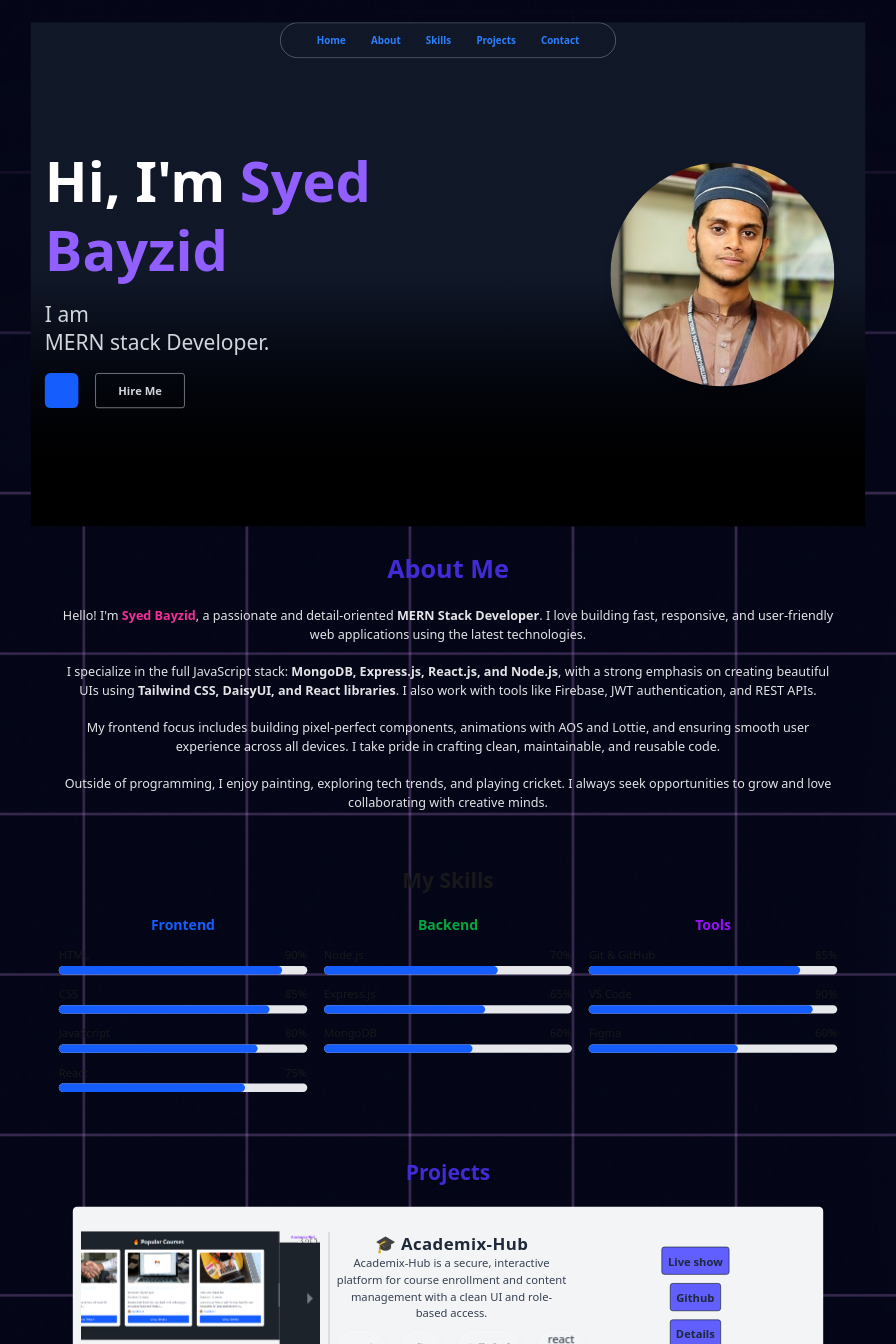
Repository: syedbayzid82849/syed-bayzid
Page: /
The author's editor kept a copy of each file at every save. The page is drawn from the files as they stood at one save, then again after a run of saves.
The browser window is 1280 px wide. The pictures show the part of the page from y = 0 to 1920 px (the page is 2972 px tall), at 70% of full size.
The project was rebuilt for these pictures with package versions that can differ from the ones it lists, and the page was loaded fresh each time. Also part of the build but not shown: vite.config.js, src/App.jsx.

Above is the page before, as saved 2025-08-11 16:53:53.

After the next 2 saves:
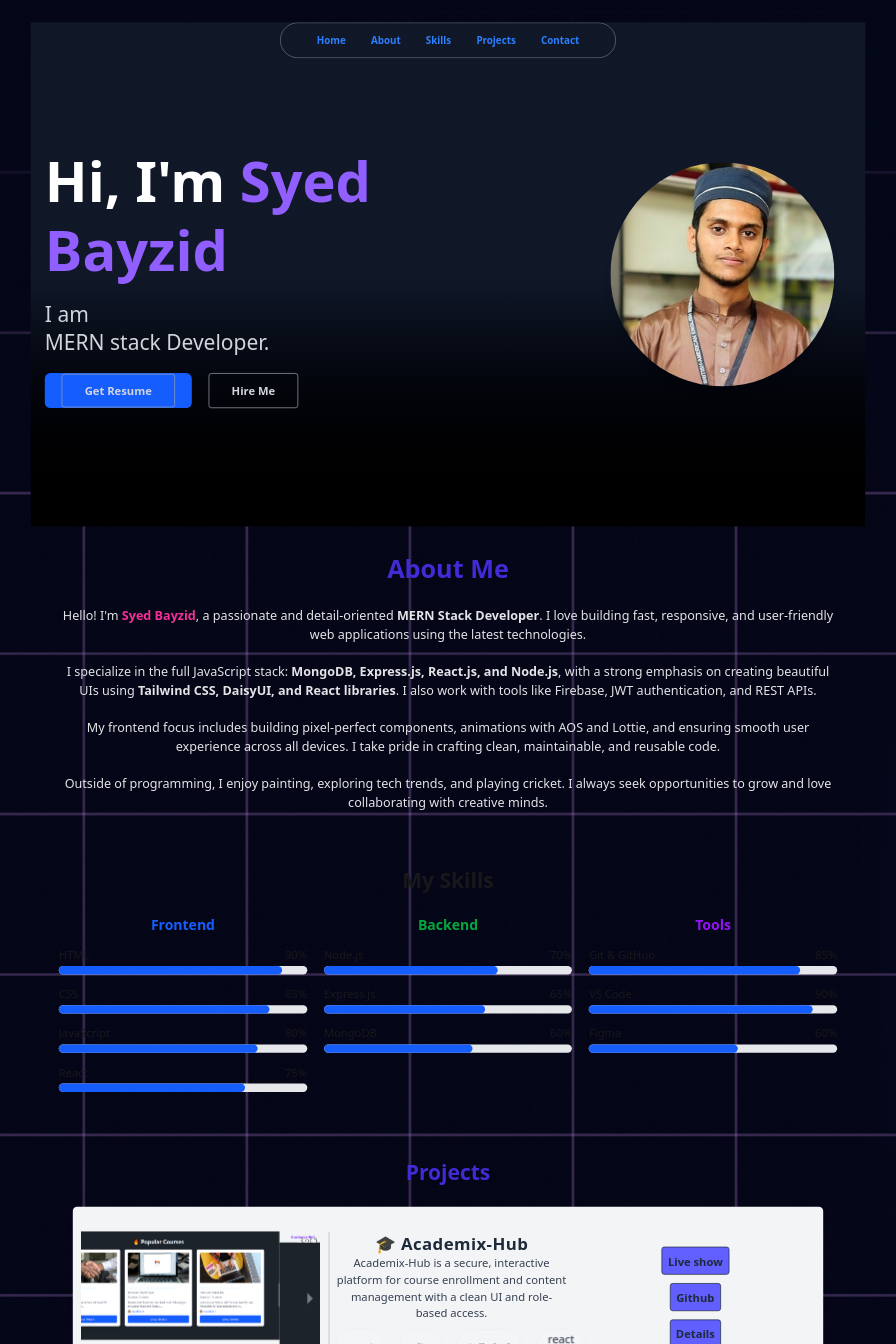
The 2 saves are shown as one change because they came seconds apart.
The last was saved 5 s later.
--- a/src/Components/HomeComponents/Hero.jsx
+++ b/src/Components/HomeComponents/Hero.jsx
@@ -36,7 +36,18 @@ const Hero = () => {
                                 whileHover={{ scale: 1.05 }}
                                 whileTap={{ scale: 0.95 }}
                                 className="px-6 py-3 bg-blue-600 rounded-lg font-medium hover:bg-blue-700 transition"
-                            ></motion.button>
+                            >
+                                                            <a
+                                href="/CV of Syed Bayzid.pdf"
+                                download
+                                target="_blank"
+                                rel="noopener noreferrer"
+                                onClick={handleResumeDownload}
+                                className="px-8 py-3 font-semibold border border-gray-400 rounded text-gray-300 hover:bg-[#915EFF] hover:text-white transition"
+                            >
+                                Get Resume
+                            </a>
+                            </motion.button>
 
                             <a
                                 href="https://www.linkedin.com/in/syed-bayzid-b91343329/"
